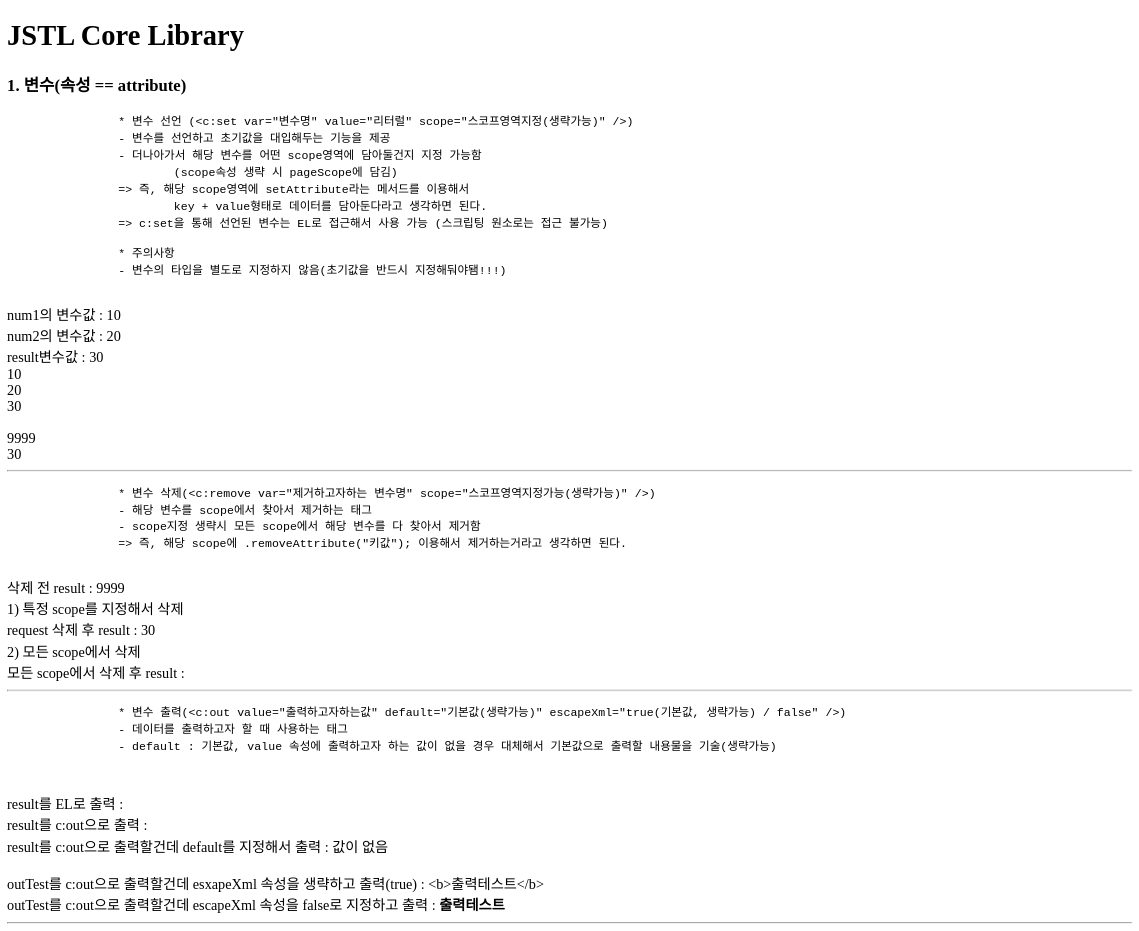
Repository: DonghwanSon1/ajax-jsp-study
Page: http://localhost/ActionProject/views/3_CustomAction/01_core.jsp
An editor plug-in stored every save of this project. The page is shown before and after the next save, followed by the edit.
The browser window is 1280 px wide. The pictures show the whole page, at 89% of full size.
The page is served by Tomcat 9.

Above is the page before, as saved 2022-07-12 07:10:58.

After the next save:
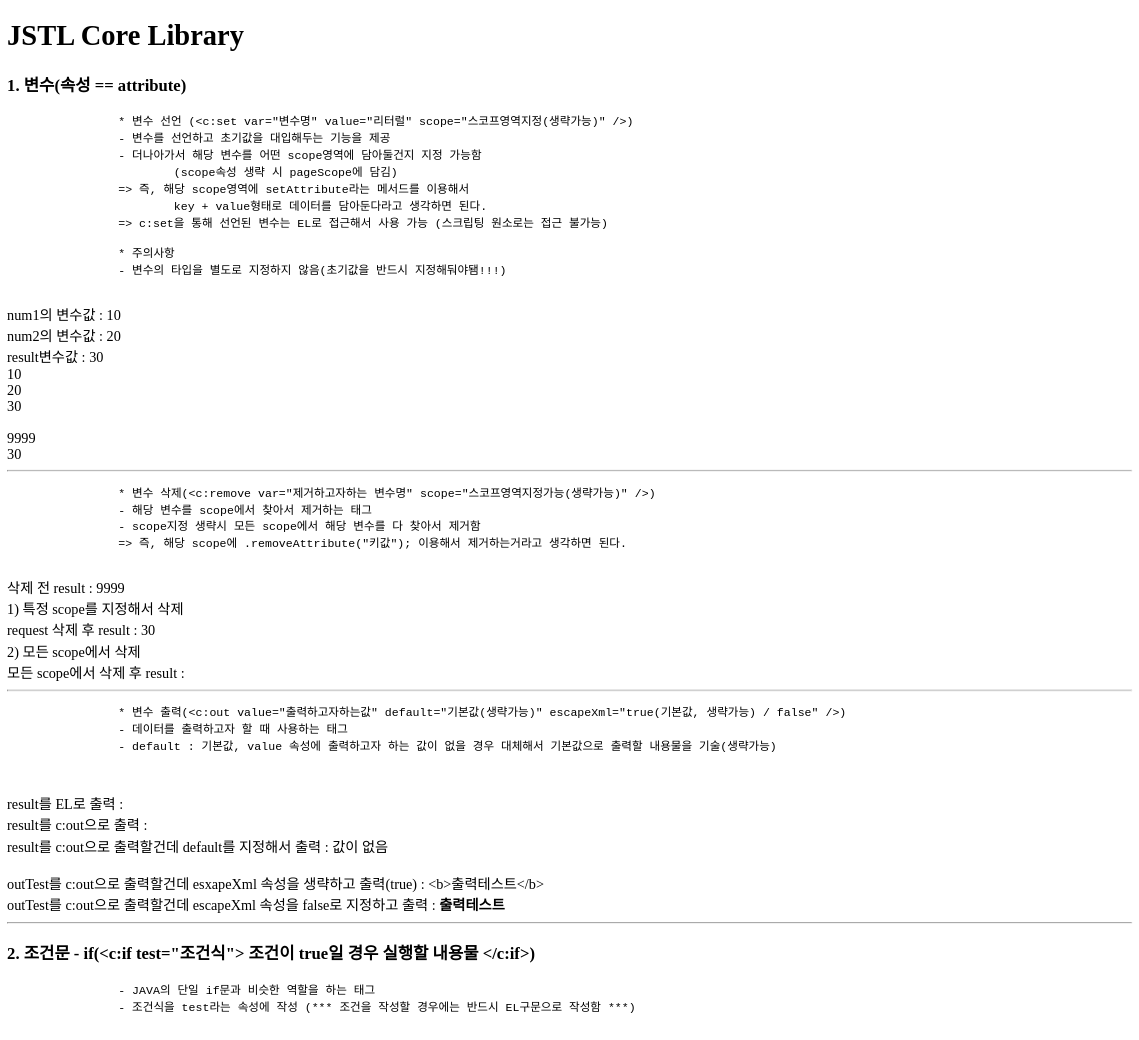
Saved 2 min 19 s later.
--- a/ActionProject/WebContent/views/3_CustomAction/01_core.jsp
+++ b/ActionProject/WebContent/views/3_CustomAction/01_core.jsp
@@ -93,8 +93,12 @@
 
 	<hr>
 
+	<h3>2. 조건문 - if(&lt;c:if test="조건식"&gt; 조건이 true일 경우 실행할 내용물 &lt;/c:if&gt;)</h3>
 
-
+	<pre>
+		- JAVA의 단일 if문과 비슷한 역할을 하는 태그
+		- 조건식을 test라는 속성에 작성 (*** 조건을 작성할 경우에는 반드시 EL구문으로 작성함 ***)
+	</pre>
 
 
 
